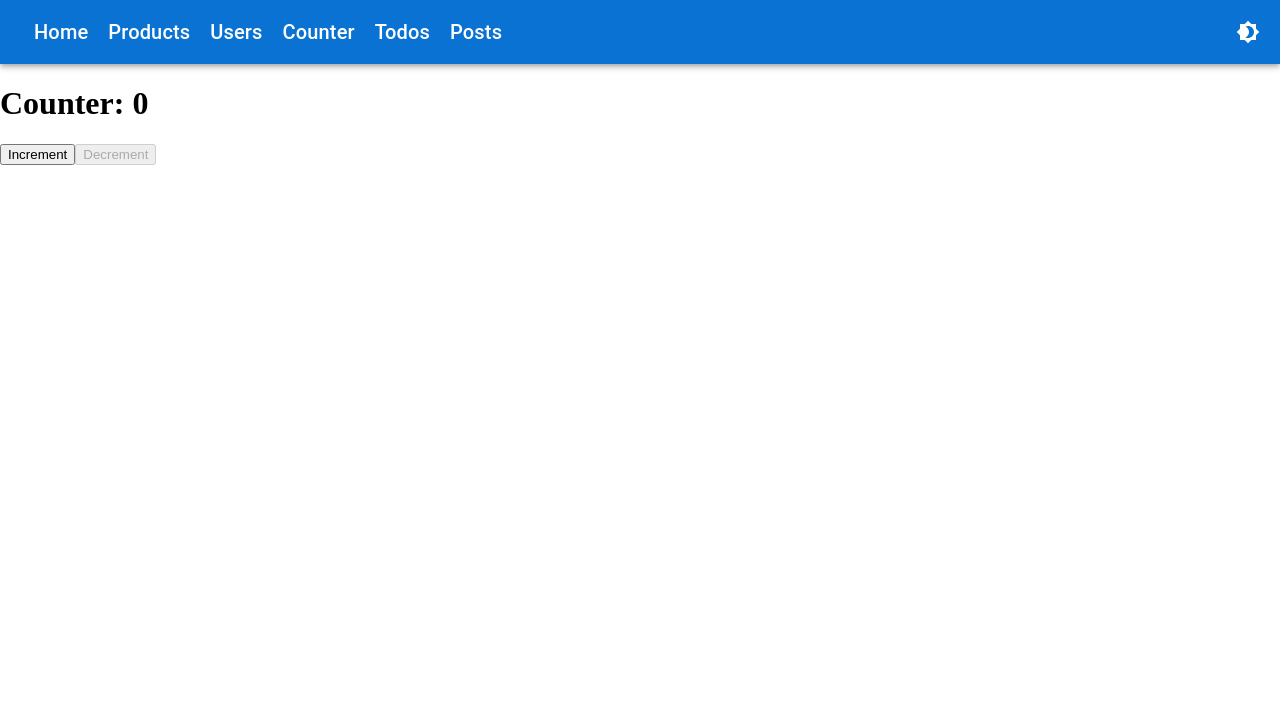
Repository: Vijay-Singh1/delente-assessment
Page: /counter
These files come from the project's save history. The page is drawn as it stood at one moment and after the next save; the edit follows.
The browser window is 1280 px wide. The pictures show the whole page.
The project was rebuilt for these pictures with package versions that can differ from the ones it lists, and the page was loaded fresh each time. The framework's server and built-in components were replaced by stand-ins that run in the browser. Also part of the build but not shown: next.config.mjs.

Above is the page before, as saved 2024-10-09 20:07:40.

### pages/_app.js
import { ThemeProvider } from '../contexts/theme';
import '../styles/global.css';
import Navbar from './navbar';

function MyApp({ Component, pageProps }) {
    return <ThemeProvider>
        <Navbar />
        <Component {...pageProps} />
    </ThemeProvider>;
}

export default MyApp;

### pages/counter.js
import { useState } from 'react';

export default function Counter() {
  const [count, setCount] = useState(0);

  return (
    <div>
      <h1>Counter: {count}</h1>
      <button onClick={() => setCount(count + 1)}>Increment</button>
      <button onClick={() => setCount(count - 1)} disabled={count <= 0}>
        Decrement
      </button>
    </div>
  );
}

### contexts/theme.js
// contexts/ThemeProvider.js
import { createContext, useContext, useState, useEffect } from 'react';

const ThemeContext = createContext();

export function ThemeProvider({ children }) {
  const [theme, setTheme] = useState('light');

  useEffect(() => {
    const savedTheme = localStorage.getItem('theme');
    if (savedTheme) setTheme(savedTheme);
  }, []);

  const toggleTheme = () => {
    const newTheme = theme === 'light' ? 'dark' : 'light';
    setTheme(newTheme);
    localStorage.setItem('theme', newTheme);
  };

  return (
    <ThemeContext.Provider value={{ theme, toggleTheme }}>
      {children}
    </ThemeContext.Provider>
  );
}

export const useTheme = () => useContext(ThemeContext);

### styles/global.css
/** @format */
*, *::before, *::after {
  box-sizing: border-box; /* Ensures box-sizing is applied globally */
}

html, body {
  margin: 0;
  padding: 0;
  width: 100%;
  height: 100%;
}

#root, #__next {
  width: 100%;
  height: 100%;
}

### pages/navbar.js

import Link from 'next/link';
import { AppBar, Toolbar, IconButton, Typography } from '@mui/material';
import { Brightness4, Brightness7 } from '@mui/icons-material';
import { useTheme } from '../contexts/theme';

export default function Navbar() {
    const { theme, toggleTheme } = useTheme();

    return (
        <AppBar position="static" sx={{ backgroundColor: theme === 'light' ? '#0972D3' : 'black' }}>
            <Toolbar>
                <Typography variant="h6" component="div" sx={{ flexGrow: 1 }}>
                    <Link href="/" style={{ margin: '0 10px', color: 'white', textDecoration: 'none' }}>Home</Link>
                    <Link href="/products" style={{ margin: '0 10px', color: 'white', textDecoration: 'none' }}>Products</Link>
                    <Link href="/users" style={{ margin: '0 10px', color: 'white', textDecoration: 'none' }}>Users</Link>
                    <Link href="/counter" style={{ margin: '0 10px', color: 'white', textDecoration: 'none' }}>Counter</Link>
                    <Link href="/todos" style={{ margin: '0 10px', color: 'white', textDecoration: 'none' }}>Todos</Link>
                    <Link href="/posts" style={{ margin: '0 10px', color: 'white', textDecoration: 'none' }}>Posts</Link>
                </Typography>
                <IconButton
                    edge="end"
                    color="inherit"
                    onClick={toggleTheme}
                    sx={{ ml: 1 }}
                >
                    {theme === 'light' ? <Brightness4 /> : <Brightness7 />}
                </IconButton>
            </Toolbar>
        </AppBar>
    );
}

After the next save:
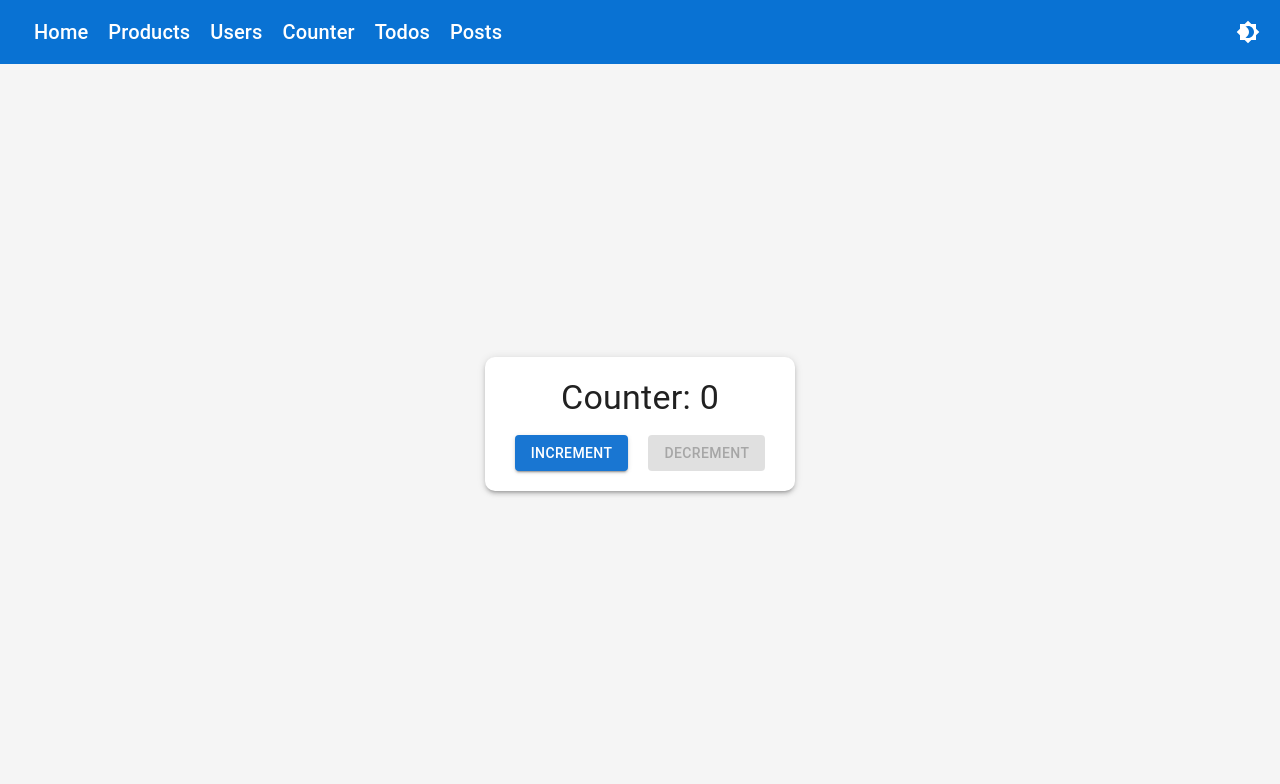
Saved 106 s later.
--- a/pages/counter.js
+++ b/pages/counter.js
@@ -1,15 +1,44 @@
 import { useState } from 'react';
+import { Box, Button, Typography, Paper } from '@mui/material';
 
 export default function Counter() {
   const [count, setCount] = useState(0);
 
   return (
-    <div>
-      <h1>Counter: {count}</h1>
-      <button onClick={() => setCount(count + 1)}>Increment</button>
-      <button onClick={() => setCount(count - 1)} disabled={count <= 0}>
-        Decrement
-      </button>
-    </div>
+    <Box
+      display="flex"
+      justifyContent="center"
+      alignItems="center"
+      height="100vh" // Full height of the viewport
+      bgcolor="#f5f5f5" // Light background color
+    >
+      <Paper
+        elevation={3} // Adds shadow to the Paper
+        sx={{ padding: '20px', borderRadius: '10px', textAlign: 'center' }} // Styling for the Paper component
+      >
+        <Typography variant="h4" gutterBottom>
+          Counter: {count}
+        </Typography>
+        <Box display="flex" justifyContent="space-between" sx={{ mt: 2 }}>
+          <Button
+            variant="contained"
+            color="primary"
+            onClick={() => setCount(count + 1)}
+            sx={{ margin: '0 10px' }} // Margin between buttons
+          >
+            Increment
+          </Button>
+          <Button
+            variant="contained"
+            color="secondary"
+            onClick={() => setCount(count - 1)}
+            disabled={count <= 0} // Disable if count is 0
+            sx={{ margin: '0 10px' }} // Margin between buttons
+          >
+            Decrement
+          </Button>
+        </Box>
+      </Paper>
+    </Box>
   );
 }
